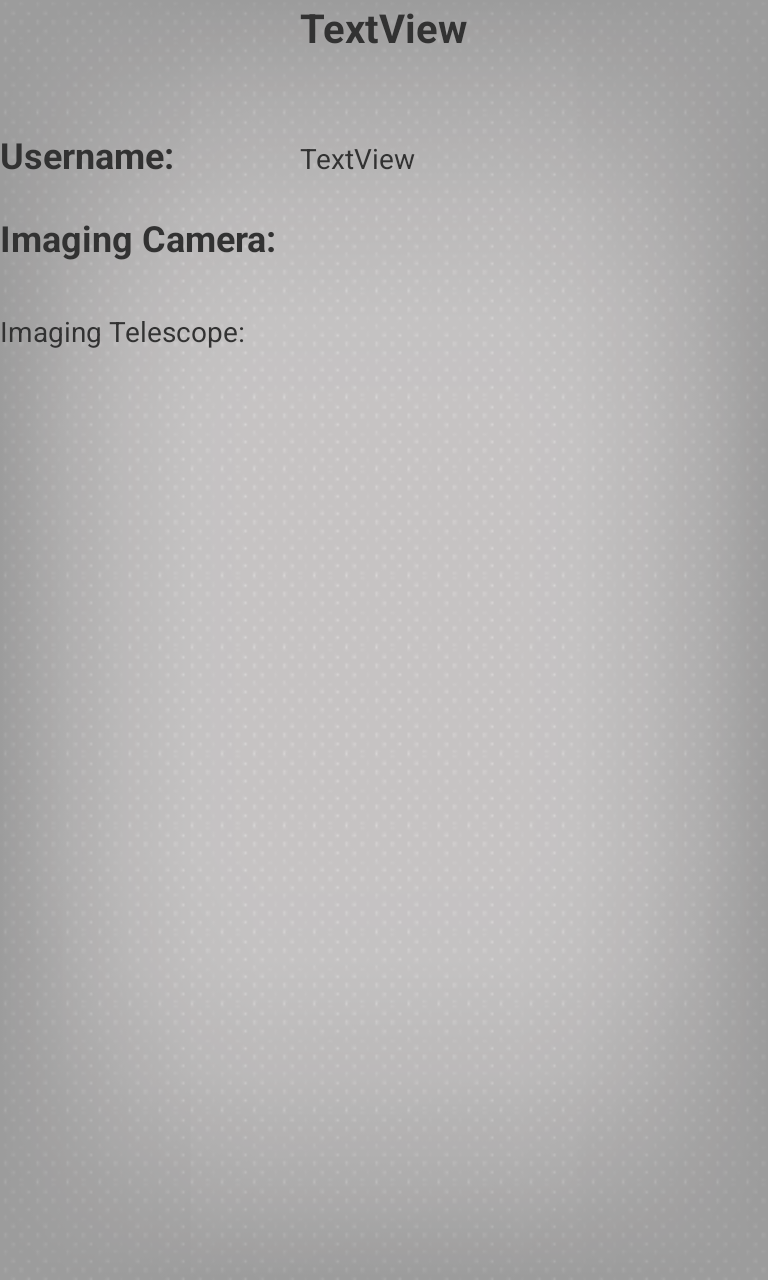
Repository: arianaantonio/APD2
Layout: AstroPix/res/layout/activity_detail.xml
An editor plug-in stored every save of this project. The layout is shown before and after the next save, followed by the edit.
It is drawn on a 768 x 1280 px phone screen (xhdpi) without system bars, with theme AppTheme; the app's code is not run.

Above is the layout before, as saved 2014-09-10 07:52:20.

### AstroPix/res/layout/activity_detail.xml
<?xml version="1.0" encoding="utf-8"?>
<RelativeLayout xmlns:android="http://schemas.android.com/apk/res/android"
    android:layout_width="match_parent"
    android:layout_height="match_parent"
    android:orientation="vertical"
    android:background="@drawable/background" >

    <TextView
        android:id="@+id/textView1"
        android:layout_width="wrap_content"
        android:layout_height="wrap_content"
        android:layout_alignParentTop="true"
        android:layout_centerHorizontal="true"
        android:text="TextView"
        android:textSize="20sp"
        android:textStyle="bold" />

    <TextView
        android:id="@+id/textView2"
        android:layout_width="wrap_content"
        android:layout_height="wrap_content"
        android:layout_alignParentLeft="true"
        android:layout_below="@+id/textView1"
        android:layout_marginTop="38dp"
        android:text="Username:"
        android:textSize="18sp"
        android:textStyle="bold" />

    <TextView
        android:id="@+id/textView3"
        android:layout_width="wrap_content"
        android:layout_height="wrap_content"
        android:layout_alignBaseline="@+id/textView2"
        android:layout_alignBottom="@+id/textView2"
        android:layout_alignLeft="@+id/textView1"
        android:layout_alignParentRight="true"
        android:text="TextView" />

    <TextView
        android:id="@+id/textView4"
        android:layout_width="wrap_content"
        android:layout_height="wrap_content"
        android:layout_alignParentLeft="true"
        android:layout_below="@+id/textView2"
        android:layout_marginTop="17dp"
        android:text="Imaging Camera:"
        android:textSize="18sp"
        android:textStyle="bold" />

    <TextView
        android:id="@+id/textView5"
        android:layout_width="wrap_content"
        android:layout_height="wrap_content"
        android:layout_alignParentLeft="true"
        android:layout_below="@+id/textView4"
        android:layout_marginTop="25dp"
        android:text="Imaging Telescope:" />

</RelativeLayout>

Loaded but not shown: AstroPix/res/values/styles.xml (common file); AstroPix/res/values-v11/styles.xml (common file); AstroPix/res/values-v14/styles.xml (common file)

After the next save:
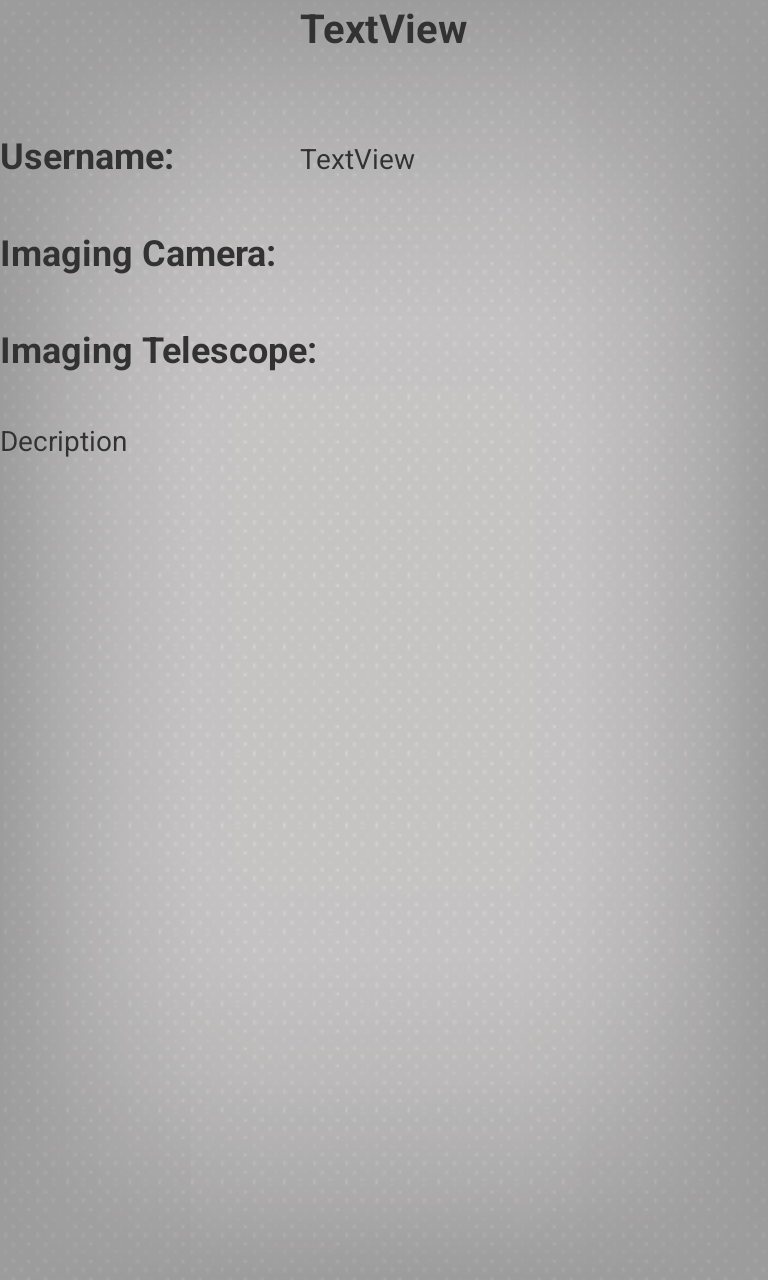
Saved 69 s later.
--- a/AstroPix/res/layout/activity_detail.xml
+++ b/AstroPix/res/layout/activity_detail.xml
@@ -42,7 +42,7 @@
         android:layout_height="wrap_content"
         android:layout_alignParentLeft="true"
         android:layout_below="@+id/textView2"
-        android:layout_marginTop="17dp"
+        android:layout_marginTop="24dp"
         android:text="Imaging Camera:"
         android:textSize="18sp"
         android:textStyle="bold" />
@@ -53,7 +53,18 @@
         android:layout_height="wrap_content"
         android:layout_alignParentLeft="true"
         android:layout_below="@+id/textView4"
-        android:layout_marginTop="25dp"
-        android:text="Imaging Telescope:" />
+        android:layout_marginTop="24dp"
+        android:text="Imaging Telescope:"
+        android:textSize="18sp"
+        android:textStyle="bold" />
+
+    <TextView
+        android:id="@+id/textView6"
+        android:layout_width="wrap_content"
+        android:layout_height="wrap_content"
+        android:layout_alignParentLeft="true"
+        android:layout_below="@+id/textView5"
+        android:layout_marginTop="24dp"
+        android:text="Decription" />
 
 </RelativeLayout>
